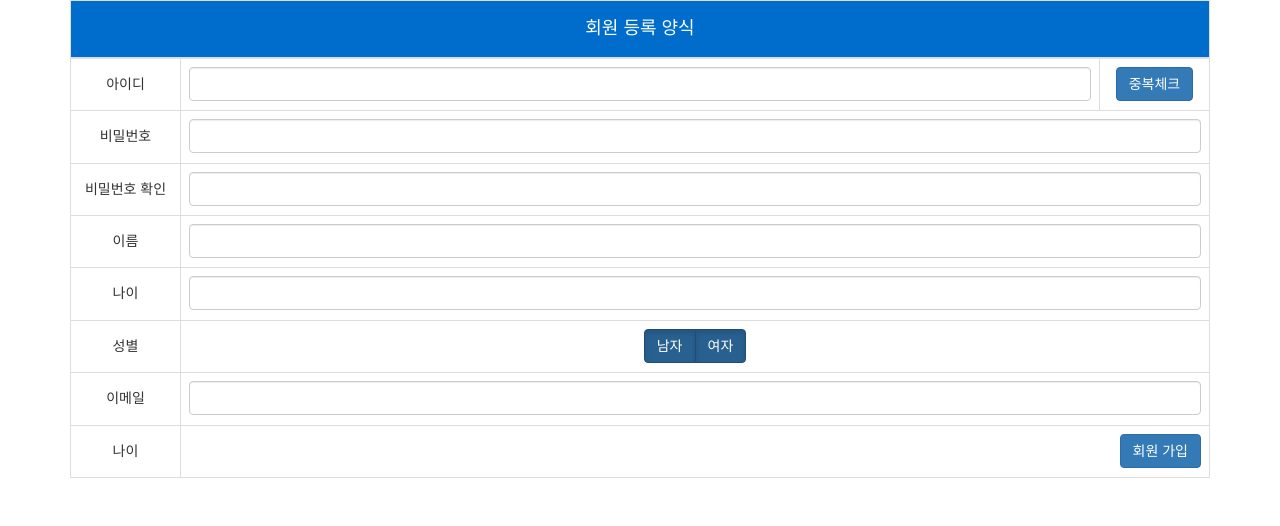
Repository: LJzero-dev/java-study
Page: http://localhost/test/
These files come from the project's save history. The page is drawn as it stood at one moment and after the next save; the edit follows.
The browser window is 1280 px wide. The pictures show the whole page.
The page is served by Tomcat 9. Other server files are loaded and not shown.

Above is the page before, as saved 2023-06-07 11:27:20.

### web/test/WebContent/index.jsp
<%@ page language="java" contentType="text/html; charset=UTF-8" pageEncoding="UTF-8"%>
<!DOCTYPE html PUBLIC "-//W3C//DTD HTML 4.01 Transitional//EN" "http://www.w3.org/TR/html4/loose.dtd">
<html>
<head>
	<meta http-equiv="Content-Type" content="text/html; charset=UTF-8">
	<meta name="viewport" content="width=device-width, initial-scale=1">
	<link rel="stylesheet" href="css/bootstrap.css">
	<link rel="stylesheet" href="css/custom.css">
<title>Insert title here</title>
<script src="https://code.jquery.com/jquery-3.7.0.min.js" integrity="sha256-2Pmvv0kuTBOenSvLm6bvfBSSHrUJ+3A7x6P5Ebd07/g=" crossorigin="anonymous"></script>
<script src="js/bootstrap.js"></script>
</head>
<body>
	<div class="container">
		<form method="post" action="./userRegister">
			<table class = "table table-bordered table-hover" style="text-align:center; border:1px solid #dddddd">
				<thead>
					<tr>
						<th colspan="3"><h4>회원 등록 양식</h4></th>
					</tr>
				</thead>
				<tbody>
					<tr>
						<td style="width: 110px;"><h5>아이디</h5></td>
						<td><input class="form-control" type="text" id="userID" name="userID" maxlength="20"></td>
						<td style="width: 110px;" ><button class="btn btn-primary" onclick="registerCheckFunction();" type="button">중복체크</button></td>
					</tr>
					<tr>
						<td style="width: 110px;"><h5>비밀번호</h5></td>
						<td colspan="2" ><input class="form-control" type="password" id="userPassword1" name="userPassWord1" maxlength="20" ></td>
					</tr>
					<tr>
						<td style="width: 110px;"><h5>비밀번호 확인</h5></td>
						<td colspan="2" ><input class="form-control" type="password" id="userPassword2" name="userPassWord2" maxlength="20" ></td>
					</tr>
					<tr>
						<td style="width: 110px;"><h5>이름</h5></td>
						<td colspan="2" ><input class="form-control" type="text" id="userName" name="userName" maxlength="20"></td>
					</tr>
					<tr>
						<td style="width: 110px;"><h5>나이</h5></td>
						<td colspan="2" ><input class="form-control" type="text" id="userAge" name="userAge" maxlength="20"></td>
					</tr>
					<tr>
						<td style="width: 110px;"><h5>성별</h5></td>
						<td colspan="2" >
							<div class="form-group" style="text-align:center; margin: 0 auto;">
								<div class="btn-group" data-toggle="buttons">
									<label class="btn btn-primary active">
										<input type="radio" name="userGender" autocomplete="off" value="남자" checked>남자
									</label>
									<label class="btn btn-primary active">
										<input type="radio" name="userGender" autocomplete="off" value="여자" >여자
									</label>
								</div>
							</div>
						</td>
					</tr>
					<tr>
						<td style="width: 110px;"><h5>이메일</h5></td>
						<td colspan="2" ><input class="form-control" type="email" id="userEmail" name="userEmail" maxlength="20"></td>
					</tr>
					<tr>
						<td style="width: 110px;"><h5>나이</h5></td>
						<td style="text-align: left " colspan="3" ><input class="btn btn-primary pull-right" type="submit" value="회원 가입"></td>
					</tr>
				</tbody>
			</table>
		</form>
	</div>
</body>
</html>

### web/test/WebContent/css/custom.css
@import url(http://fonts.googleapis.com/earlyaccess/nanumgothic.css)
@import url(http://fonts.googleapis.com/earlyaccess/hanna.css)
@import url(http://fonts.googleapis.com/earlyaccess/notosanskr.css)

* {
	font-family: 'Nanum Gothic';
}
thead th {
	background-color: #006DCC;
	color: white;
	text-align: center;
}

Loaded but not shown: web/test/WebContent/css/bootstrap.css (library); web/test/WebContent/js/bootstrap.js (library)

After the next save:
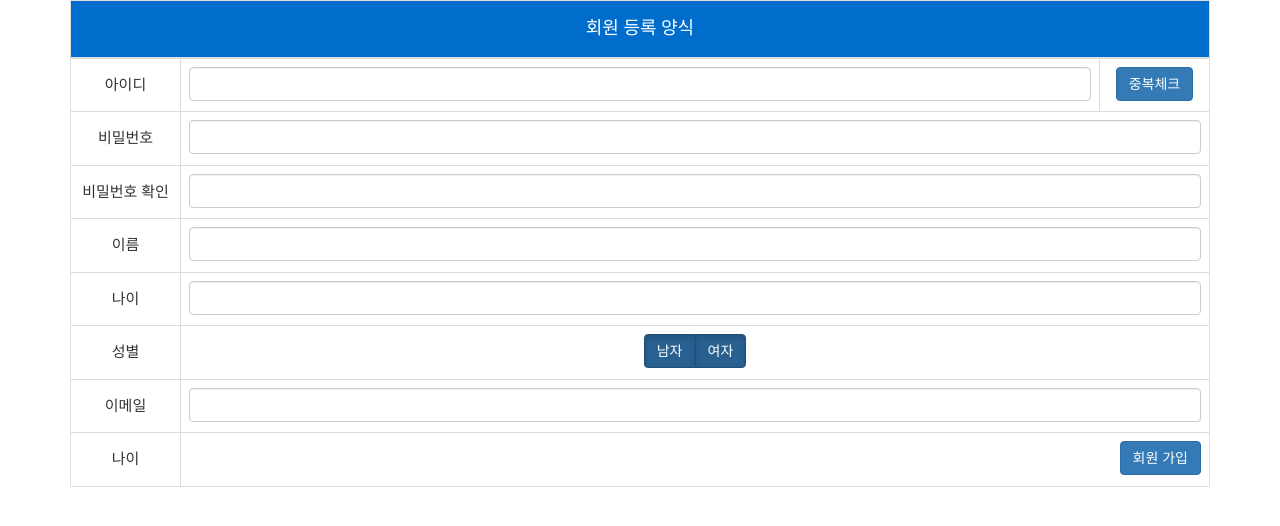
Saved 2 min 44 s later.
--- a/web/test/WebContent/css/custom.css
+++ b/web/test/WebContent/css/custom.css
@@ -10,3 +10,30 @@ thead th {
 	color: white;
 	text-align: center;
 }
+tr td:first-child,
+tr td:first-child {
+	border-top-left-radius: 6px;
+	border-bottom-left-radius: 6px;
+}
+
+tr td:last-child,
+tr td:last-child {
+	border-top-right-radius: 6px;
+	border-bottom-right-radius: 6px;
+}
+h5 {
+	font-family : 'Noto Sans KR';
+	font-size : 15px;
+}
+h4 {
+	font-family : 'Noto Sans KR';
+}
+h3 {
+	font-family : 'Hanna';
+}
+h2 {
+	font-family : 'Hanna';
+}
+h1 {
+	font-family : 'Hanna';
+}
